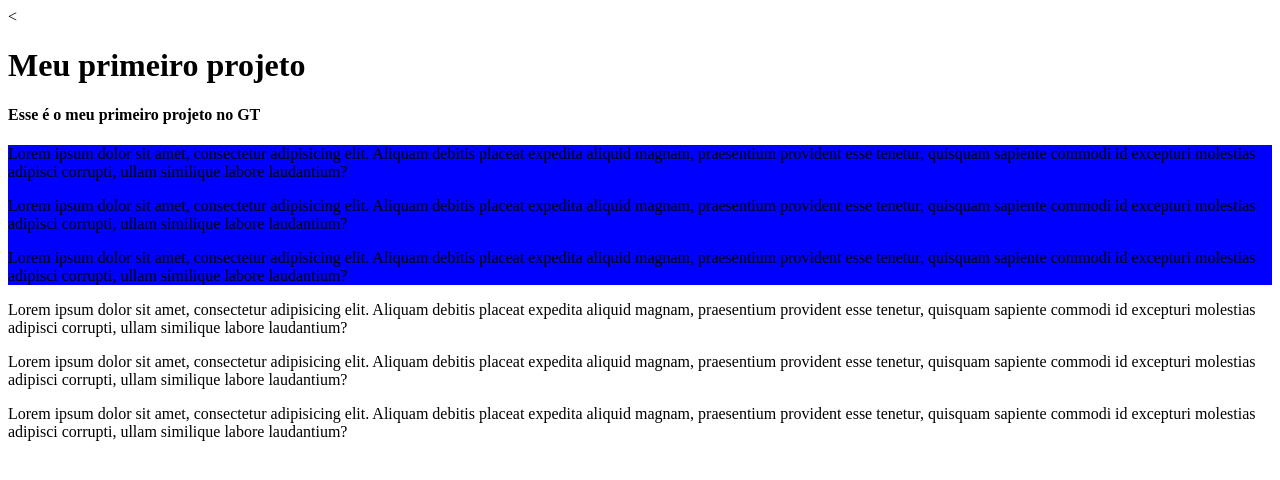
Repository: geracao-11/aula01
Page: index.html
An editor plug-in stored every save of this project. The page is shown before and after a run of saves, followed by the edit.
The browser window is 1280 px wide. The pictures show the whole page.

Above is the page before, as saved 2025-04-02 09:34:54.

### index.html
<!DOCTYPE html>
<html lang="pt-br">
  <head>
    <meta charset="UTF-8" />
    <meta name="viewport" content="width=device-width, initial-scale=1.0" />
    <title>Teste</title>
    <
  </head>
  <body>
    <header>
      <h1>Meu primeiro projeto</h1>
      <h4>Esse é o meu primeiro projeto no GT</h4>
    </header>
    <main>
      <div style="background-color: blue;">
        <p>
          Lorem ipsum dolor sit amet, consectetur adipisicing elit. Aliquam
          debitis placeat expedita aliquid magnam, praesentium provident esse
          tenetur, quisquam sapiente commodi id excepturi molestias adipisci
          corrupti, ullam similique labore laudantium?
        </p>
        <p>
          Lorem ipsum dolor sit amet, consectetur adipisicing elit. Aliquam
          debitis placeat expedita aliquid magnam, praesentium provident esse
          tenetur, quisquam sapiente commodi id excepturi molestias adipisci
          corrupti, ullam similique labore laudantium?
        </p>
        <p>
          Lorem ipsum dolor sit amet, consectetur adipisicing elit. Aliquam
          debitis placeat expedita aliquid magnam, praesentium provident esse
          tenetur, quisquam sapiente commodi id excepturi molestias adipisci
          corrupti, ullam similique labore laudantium?
        </p>
      </div>
      <div id="2">
        <p>
          Lorem ipsum dolor sit amet, consectetur adipisicing elit. Aliquam
          debitis placeat expedita aliquid magnam, praesentium provident esse
          tenetur, quisquam sapiente commodi id excepturi molestias adipisci
          corrupti, ullam similique labore laudantium?
        </p>
        <p>
          Lorem ipsum dolor sit amet, consectetur adipisicing elit. Aliquam
          debitis placeat expedita aliquid magnam, praesentium provident esse
          tenetur, quisquam sapiente commodi id excepturi molestias adipisci
          corrupti, ullam similique labore laudantium?
        </p>
        <p>
          Lorem ipsum dolor sit amet, consectetur adipisicing elit. Aliquam
          debitis placeat expedita aliquid magnam, praesentium provident esse
          tenetur, quisquam sapiente commodi id excepturi molestias adipisci
          corrupti, ullam similique labore laudantium?
        </p>
      </div>
    </main>
    <footer></footer>
  </body>
</html>

After the next 2 saves:
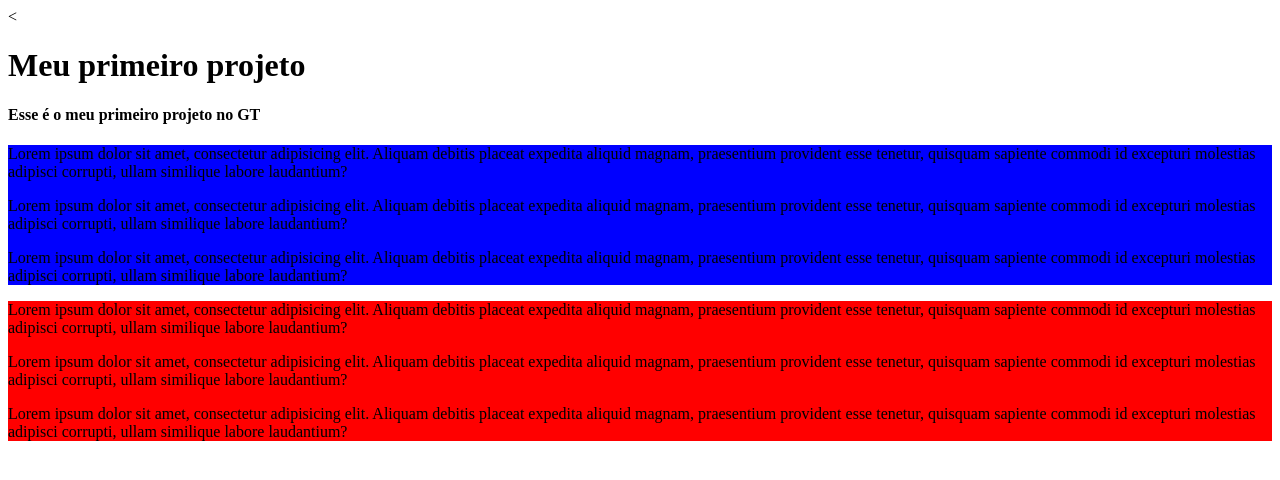
The 2 saves are shown as one change because they came seconds apart.
The last was saved 7 s later.
--- a/index.html
+++ b/index.html
@@ -32,7 +32,7 @@
           corrupti, ullam similique labore laudantium?
         </p>
       </div>
-      <div id="2">
+      <div style="background-color: red;">
         <p>
           Lorem ipsum dolor sit amet, consectetur adipisicing elit. Aliquam
           debitis placeat expedita aliquid magnam, praesentium provident esse
